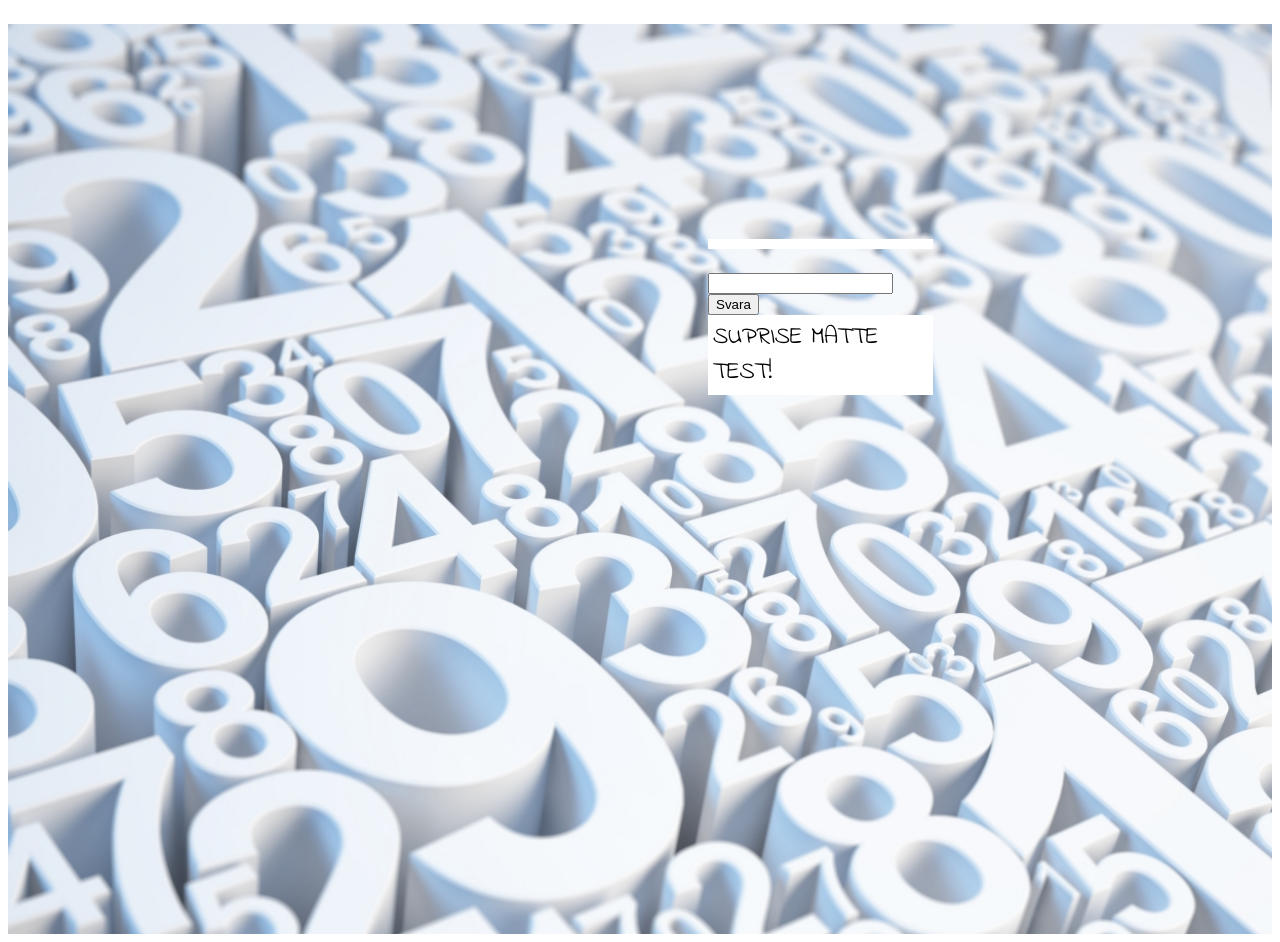
Repository: lw222gz/1dv403-laborationer-lw222gz
Page: 4-thequiz/index.html
The author's editor kept a record of every edit. The page is drawn from the files as they stood at one moment, then again after the next edit.
The browser window is 1280 px wide. The pictures show the whole page.
The page's requests for data from a server got no answer.

Above is the page before.

### 4-thequiz/index.html
<!DOCTYPE html>
<html lang="sv">
    <head>
        <title>The quiz</title>
        <meta charset="utf-8" />
        <link rel="stylesheet" href="style.css" />
        <link href='http://fonts.googleapis.com/css?family=Indie+Flower' rel='stylesheet' type='text/css'>
    </head>
<body>
    <div id="container">
        <div id="board">
            <p id="question"></p>
            <input type="text" id="svar"/>
            <input id="button" type="submit" value="Svara"/>
            <div id="questionStatus">SUPRISE MATTE TEST!</div>
        </div>
    </div>
    <script src="quiz.js"></script>
</body>
</html>

### 4-thequiz/style.css
#container{
    margin-top:0;
    width:100%;
    height:910px;
    background-image:url(numbers.jpg);
    background-size:1650px;
    background-repeat:no-repeat;
}
#board{
    position:relative;
    left:700px;
    top:215px;
    width:235px;
    height:65px;
}
#question{
    font-family: 'Indie Flower', cursive;
    font-size:24px;
    width:215px;
    height:auto;
    padding:5px;
    background-color:white;
}
#questionStatus{
    font-family: 'Indie Flower', cursive;
    font-size:24px;
    width:215px;
    height:auto;
    padding:5px;
    background-color:white;
}

### 4-thequiz/quiz.js
"use strict";

var quiz = {
    init:function(){
        quiz.renderQuestion("http://vhost3.lnu.se:20080/question/1")
    },

    renderQuestion: function(url){

        var serverQuestion = document.getElementById("question");
        var XHR = new XMLHttpRequest();
        var input = document.getElementById("svar");
        input.value = "";

        XHR.onreadystatechange = function(){
            if (XHR.readyState === 4 && XHR.status === 200)
            {
                var serverObj = JSON.parse(XHR.responseText);
                serverQuestion.innerHTML = serverObj.question;

                document.getElementById("button").addEventListener("click", function(e){
                    if (input.value !== "")
                    {
                        quiz.answerQuestion(input.value, serverObj.nextURL)
                    }
                    else
                    {
                        e.preventDefault();
                    }
                })
                document.getElementById("svar").addEventListener("keydown", function(e) {
                    if (e.keyCode === 13)
                    {
                        if (input.value !== "")
                        {
                            quiz.answerQuestion(input.value, serverObj.nextURL)
                        }
                        else
                        {
                            e.preventDefault();
                        }
                    }
                })
            }
        }
        XHR.open("GET",url , true)
        XHR.send(null)

    },

    answerQuestion: function(answer, url){
        var xhr1 = new XMLHttpRequest();
        var i;
        xhr1.onreadystatechange = function(){
             if (xhr1.readyState === 4)
             {
                var response = JSON.parse(xhr1.responseText);
                if (response.message === "Correct answer!")
                {

                    if (response.nextURL !== undefined)
                    {
                        tryArr.push(quiz.Tries)
                        quiz.renderQuestion(response.nextURL)
                        document.getElementById("questionStatus").innerHTML = "Rätt svar!"
                        console.log(quiz.tryArray)
                    }
                    else
                    {

                        document.getElementById("questionStatus").innerHTML = "Du klara dig! Resultat:"
                        document.getElementById("button").disabled = true;
                        document.getElementById("svar").value = "";
                        document.getElementById("svar").disabled = true;
                        for (i = 1; i < quiz.tryArray.length + 1; i +=1)
                        {
                            var pTag = document.createElement("p")
                            pTag.innerHTML = "Fråga "+i+": "+tryArr[i-1]+" försök"
                            document.getElementById("questionStatus").appendChild(pTag);
                        }
                    }
                }
                else
                {
                    Tries += 1;
                    document.getElementById("svar").value = "";
                    console.log(quiz.tryArray)
                    document.getElementById("questionStatus").innerHTML = "Fel svar!"
                }
            }
        }
        var sendAnswer = JSON.stringify({answer: answer})
        xhr1.open("POST",url , true)
        xhr1.setRequestHeader("Content-type", "application/json")
        xhr1.send(sendAnswer)
    },
}
window.onload = quiz.init;

After the next edit:
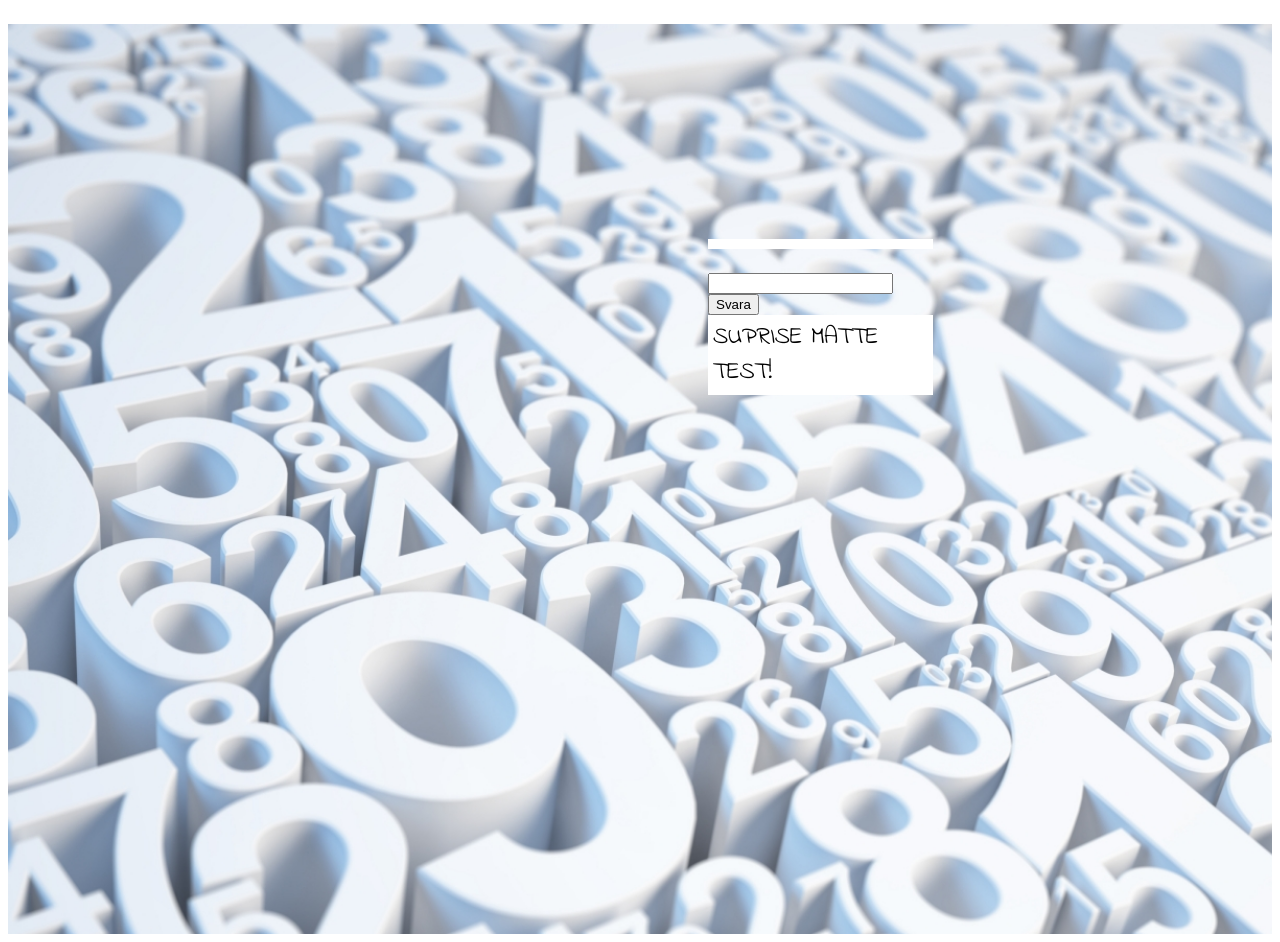
The edit:
--- a/4-thequiz/style.css
+++ b/4-thequiz/style.css
@@ -3,7 +3,7 @@
     width:100%;
     height:910px;
     background-image:url(numbers.jpg);
-    background-size:1650px;
+    background-size:1680px;
     background-repeat:no-repeat;
 }
 #board{
